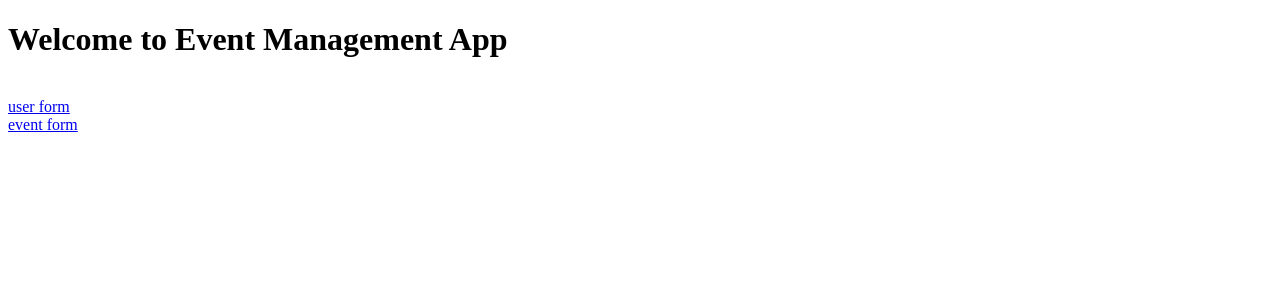
Repository: KritiDangi/JavaEEfullStack
Page: http://localhost/Event_Management/
These files come from the project's save history. The page is drawn as it stood at one moment and after the next save; the edit follows.
The browser window is 1280 px wide. The pictures show the whole page.
The page is served by Tomcat 9. Nobody is signed in. The application's start-up code is not run.

Above is the page before, as saved 2018-08-01 04:43:45.

After the next save:
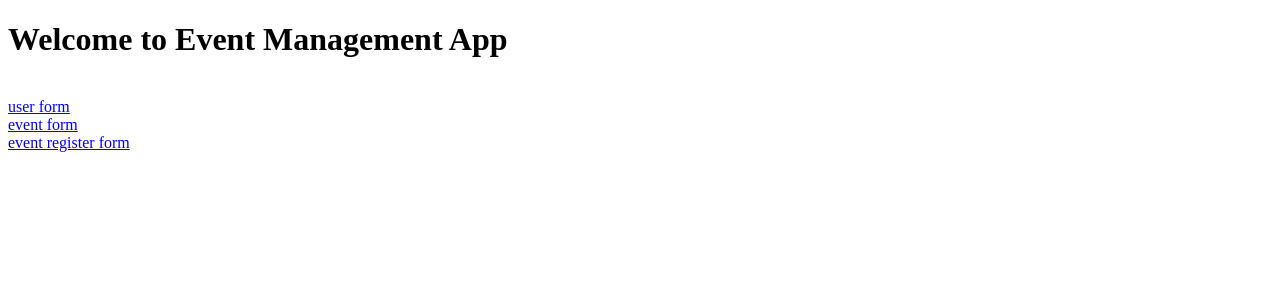
Saved 11 min 36 s later.
--- a/Week3/Event_Management/src/main/webapp/index.jsp
+++ b/Week3/Event_Management/src/main/webapp/index.jsp
@@ -11,5 +11,6 @@
 ${param.msg } <br>
 <a href="userForm.do">user form</a> <br>
 <a href="eventForm.do">event form</a> <br>
+<a href="eventRegisterForm.do">event register form</a> <br>
 </body>
 </html>
